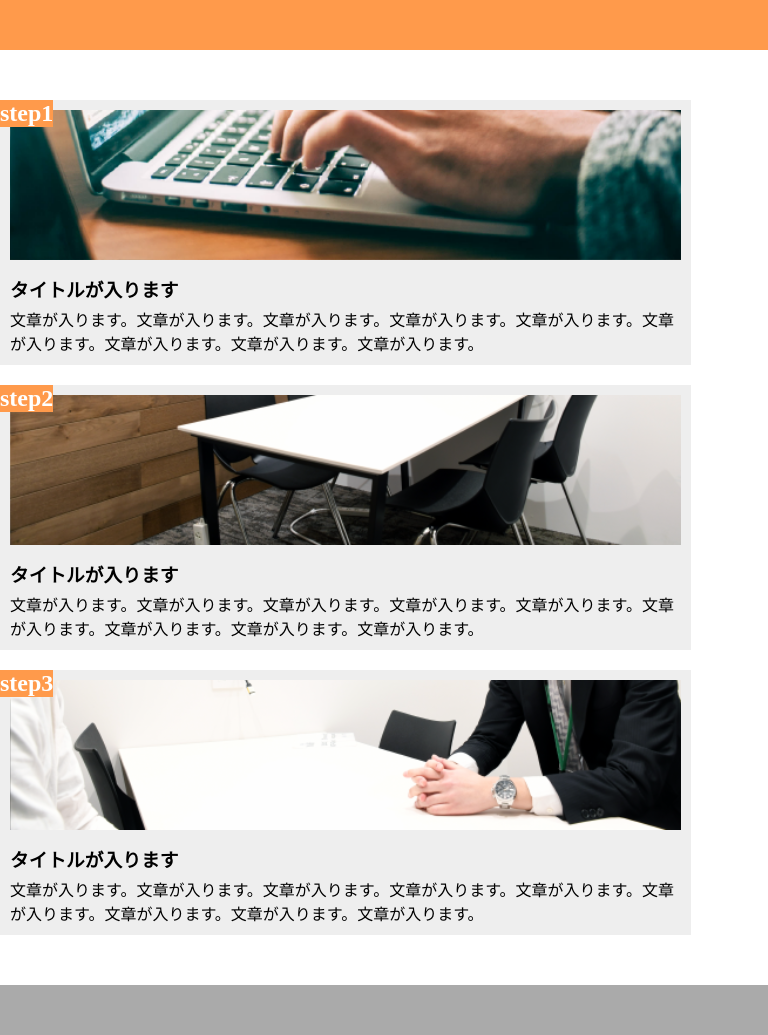
Repository: rie-koyuzu/kadai
Page: kadai/index.html
The author's editor kept a record of every edit. The page is drawn from the files as they stood at one moment, then again after the next edit.
The browser window is 768 px wide. The pictures show the whole page.
Some web libraries are served in a nearby version.

Above is the page before.

After the next edit:
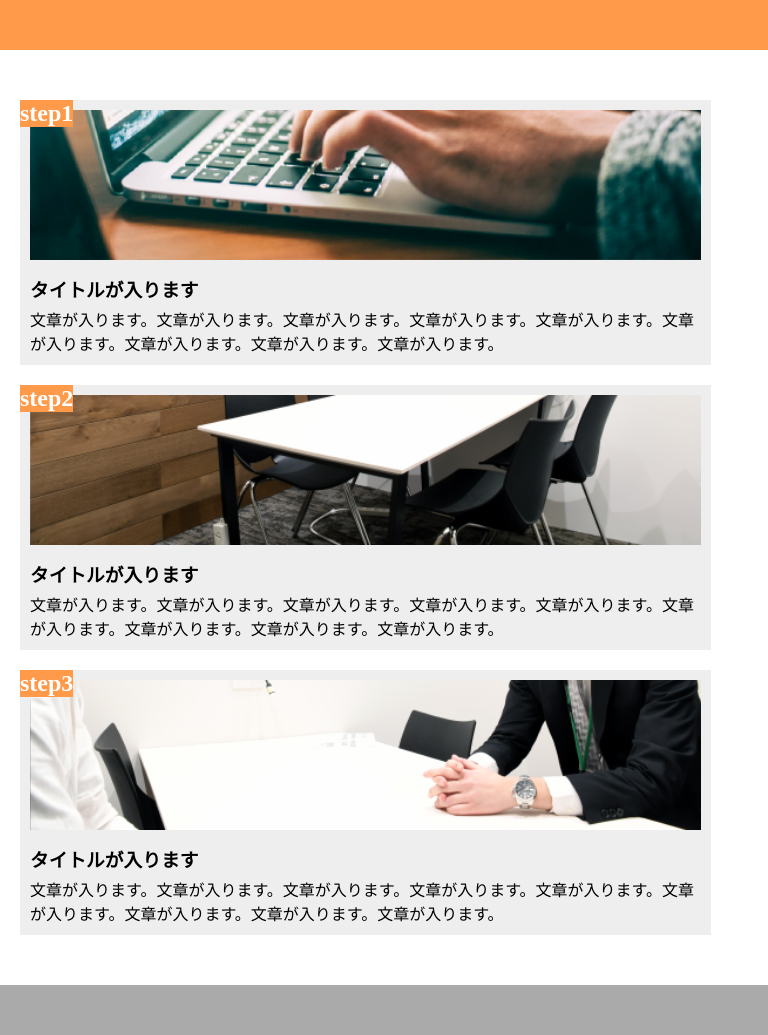
The edit:
--- a/kadai/style.css
+++ b/kadai/style.css
@@ -79,7 +79,7 @@
   }
 
   .step-box {
-    margin-top: 20px;
+    margin: 20px;
     width: 90%;
   }
 
